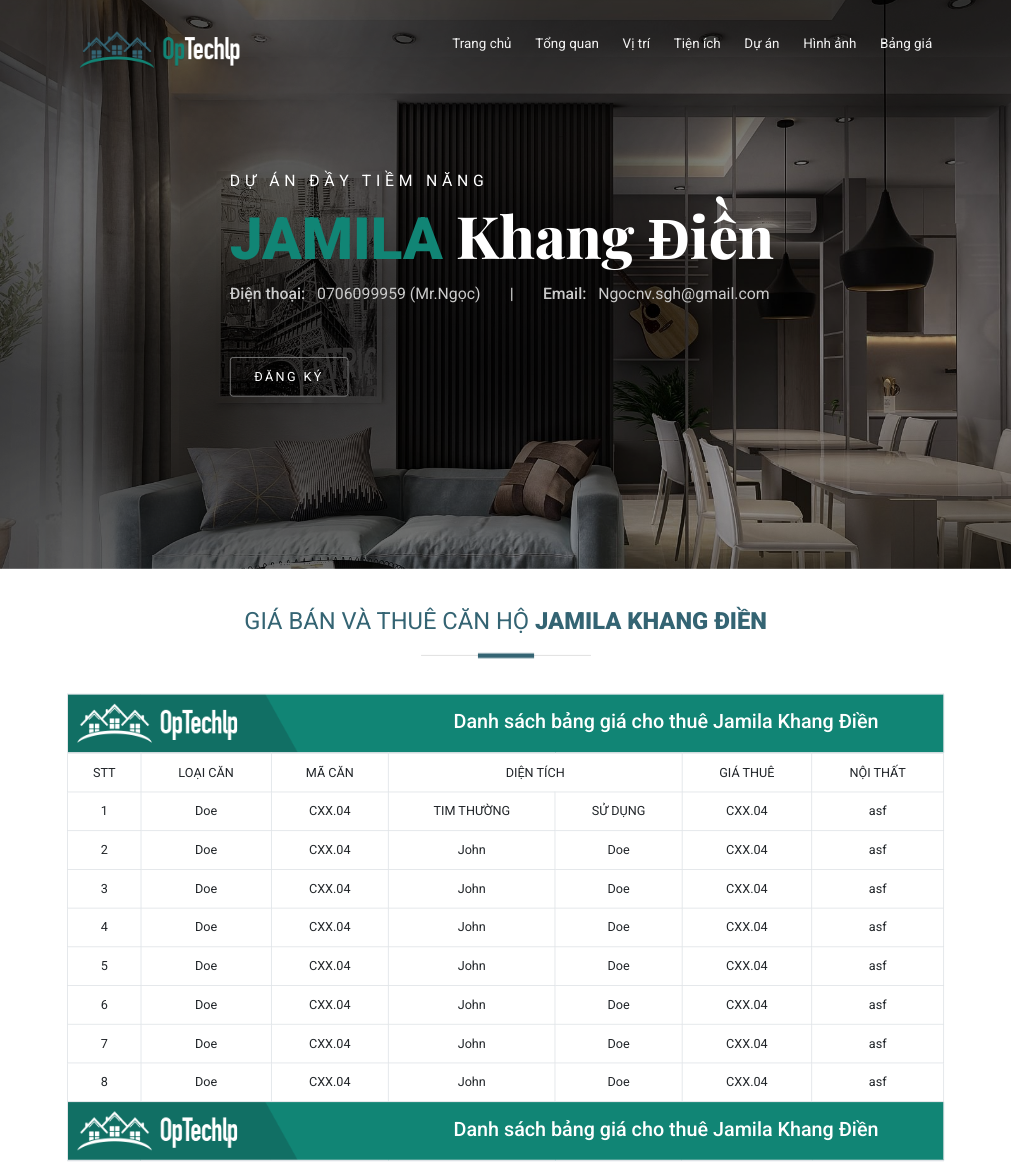
Repository: phunobi1807/Myweb
Page: index.html
The author's editor kept a copy of each file at every save. The page is drawn from the files as they stood at one save, then again after the next save.
The browser window is 1280 px wide. The pictures show the whole page, at 79% of full size.
Some web fonts or font styles are not loaded; a fallback is used.

Above is the page before, as saved 2021-05-14 14:22:10.

After the next save:
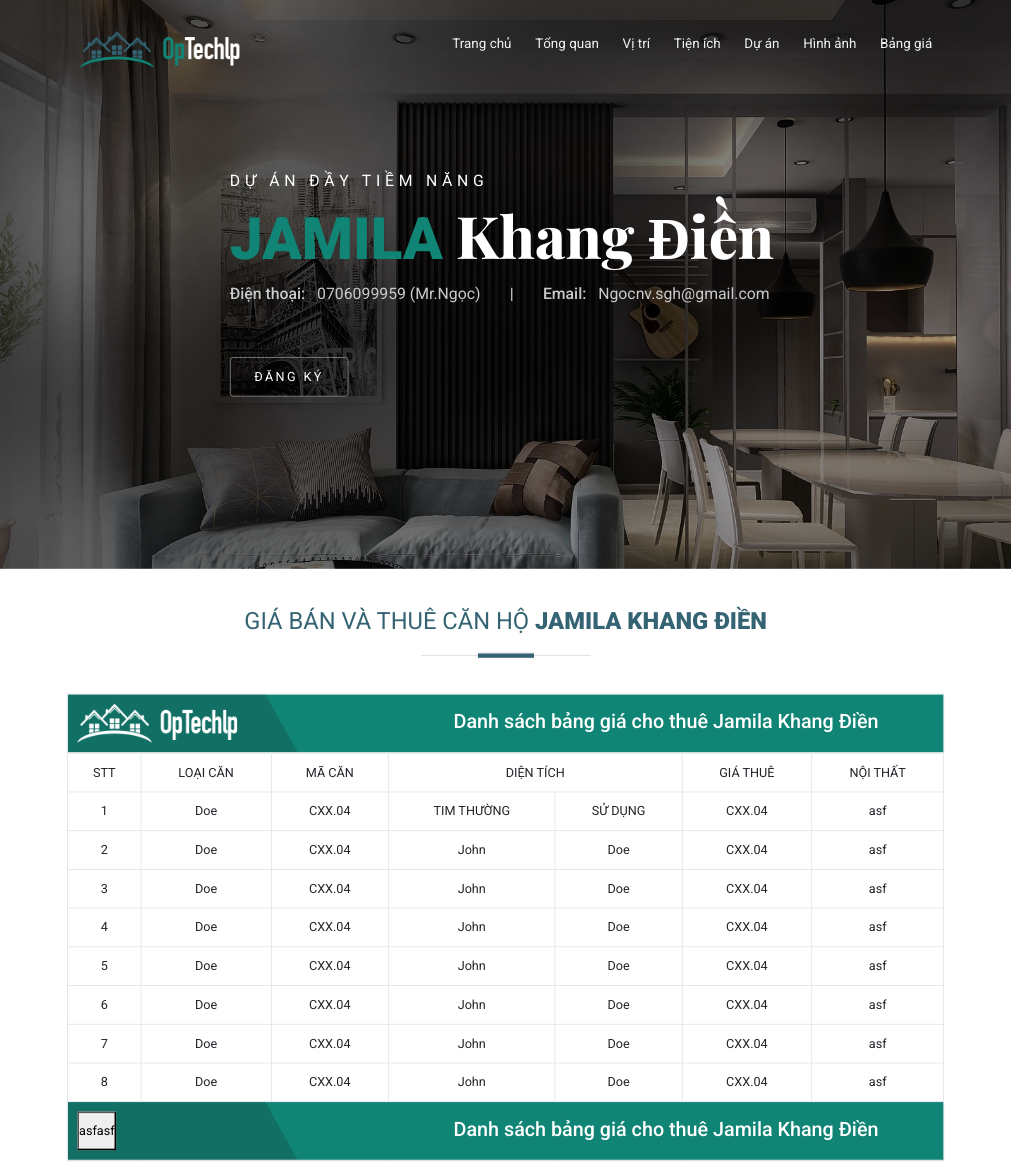
Saved 12 s later.
--- a/index.html
+++ b/index.html
@@ -145,7 +145,7 @@
                         <tr>
                             <th colspan="7" style="background-image:url(./image/optechlp.png); background-repeat: no-repeat;">
                                 <div class="title-table">
-                                    <img src="./image/optechlp1.png" alt="">
+                                    <button>asfasf</button>
                                     <p>Danh sách bảng giá cho thuê Jamila Khang Điền</p>
                                 </div>
                             </th>
